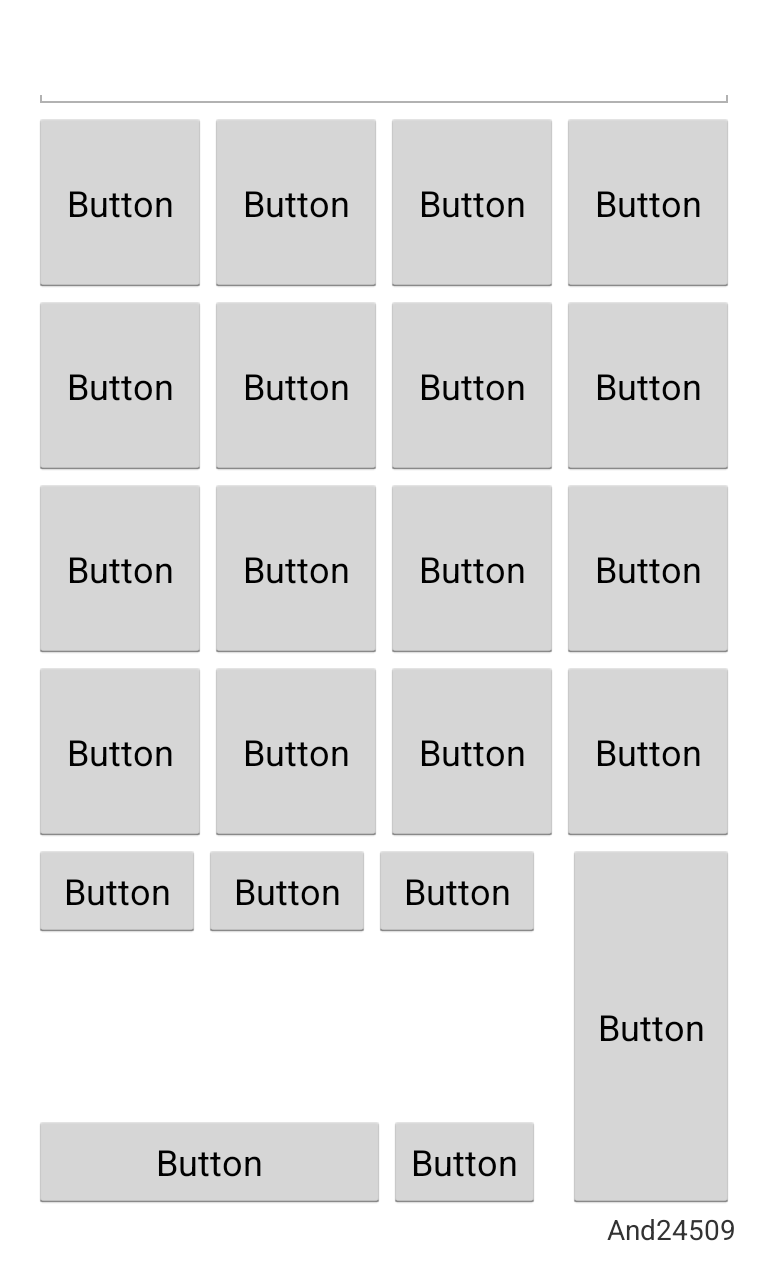
Repository: ericluo1123/myAndroidCode
Layout: myHomeWork/res/layout/activity_main.xml
An editor plug-in stored every save of this project. The layout is shown before and after the next save, followed by the edit.
It is drawn on a 768 x 1280 px phone screen (xhdpi) without system bars, with theme AppTheme; the app's code is not run.

Above is the layout before, as saved 2014-09-30 11:54:08.

After the next save:
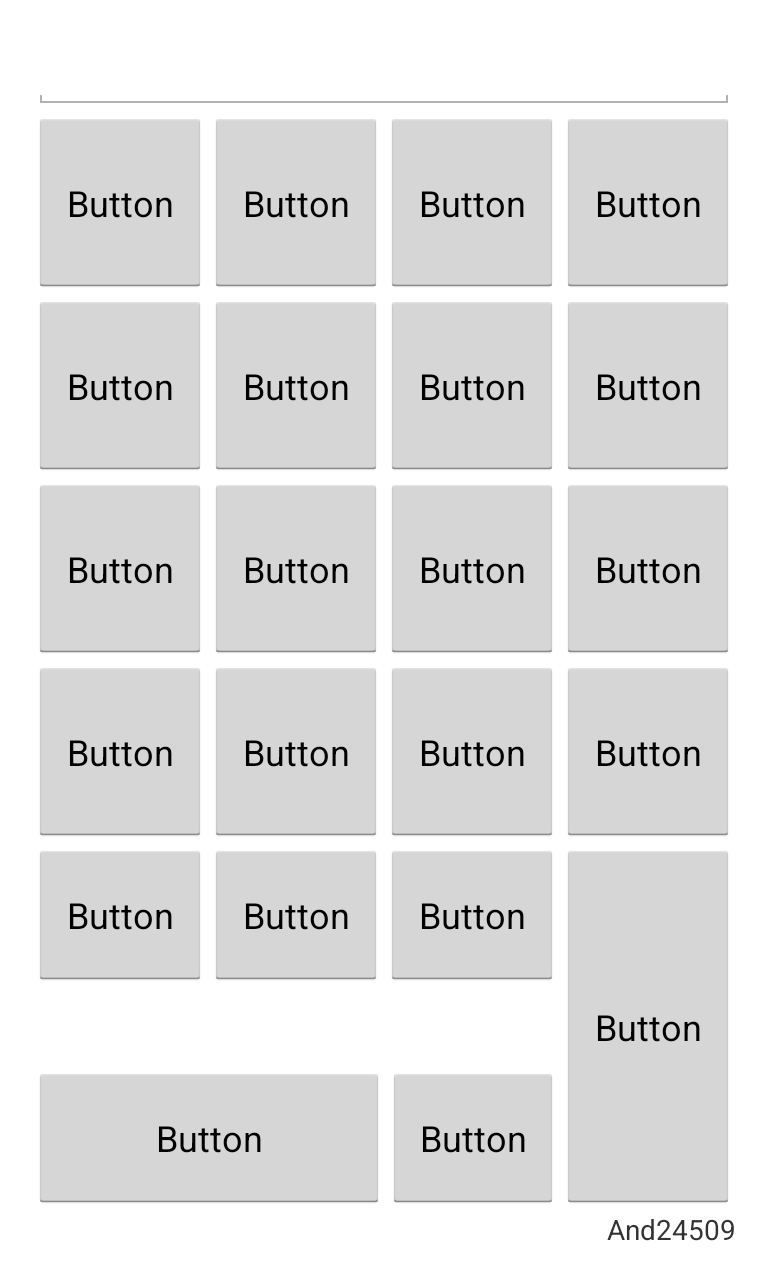
Saved 7 min 22 s later.
--- a/myHomeWork/res/layout/activity_main.xml
+++ b/myHomeWork/res/layout/activity_main.xml
@@ -189,24 +189,24 @@
 
                 <Button
                     android:id="@+id/button17"
-                    android:layout_width="85dp"
-                    android:layout_height="wrap_content"
+                    android:layout_width="88dp"
+                    android:layout_height="72dp"
                     android:layout_alignParentLeft="true"
                     android:layout_alignParentTop="true"
                     android:text="Button" />
 
                 <Button
                     android:id="@+id/button18"
-                    android:layout_width="85dp"
-                    android:layout_height="wrap_content"
+                    android:layout_width="88dp"
+                    android:layout_height="72dp"
                     android:layout_alignParentTop="true"
                     android:layout_toRightOf="@+id/button17"
                     android:text="Button" />
 
                 <Button
                     android:id="@+id/button19"
-                    android:layout_width="85dp"
-                    android:layout_height="wrap_content"
+                    android:layout_width="88dp"
+                    android:layout_height="72dp"
                     android:layout_alignParentTop="true"
                     android:layout_toRightOf="@+id/button18"
                     android:text="Button" />
@@ -224,8 +224,17 @@
             <RelativeLayout
                 android:layout_width="wrap_content"
                 android:layout_height="wrap_content"
+                android:layout_alignRight="@+id/relativeLayout2"
                 android:layout_below="@+id/relativeLayout2"
-                android:layout_toRightOf="@+id/relativeLayout3" >
+                android:layout_toRightOf="@+id/relativeLayout4" >
+
+                <Button
+                    android:id="@+id/button21"
+                    android:layout_width="87dp"
+                    android:layout_height="72dp"
+                    android:layout_alignParentBottom="true"
+                    android:text="Button" />
+
             </RelativeLayout>
 
             <RelativeLayout
@@ -236,13 +245,12 @@
 
                 <Button
                     android:id="@+id/button22"
-                    android:layout_width="85dp"
+                    android:layout_width="88dp"
                     android:layout_height="wrap_content"
                     android:layout_alignParentBottom="true"
                     android:layout_alignParentLeft="true"
                     android:layout_alignParentTop="true"
                     android:text="Button" />
-
             </RelativeLayout>
 
             <RelativeLayout
@@ -251,25 +259,14 @@
                 android:layout_alignTop="@+id/relativeLayout3"
                 android:layout_toRightOf="@+id/relativeLayout3" >
 
-            </RelativeLayout>
-
-            <Button
-                android:id="@+id/button20"
-                android:layout_width="wrap_content"
-                android:layout_height="wrap_content"
-                android:layout_alignParentBottom="true"
-                android:layout_alignParentLeft="true"
-                android:layout_toLeftOf="@+id/button21"
-                android:text="Button" />
-
-            <Button
-                android:id="@+id/button21"
-                android:layout_width="wrap_content"
-                android:layout_height="wrap_content"
-                android:layout_alignParentBottom="true"
-                android:layout_alignRight="@+id/relativeLayout2"
-                android:text="Button" />
-
+                <Button
+                    android:id="@+id/button20"
+                    android:layout_width="177dp"
+                    android:layout_height="72dp"
+                    android:layout_alignParentBottom="true"
+                    android:text="Button" />
+
+            </RelativeLayout>
         </RelativeLayout>
 
     </LinearLayout>
